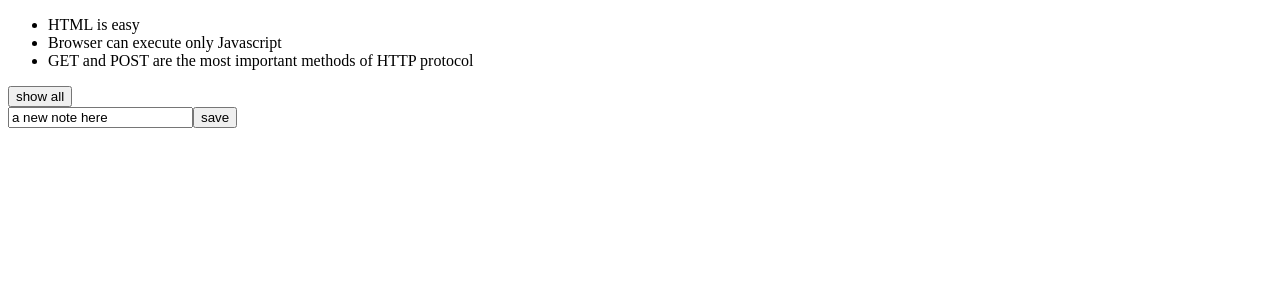
Repository: 2Lavine/fullstack
Page: / (app in part2/)
These files come from the project's save history. The page is drawn as it stood at one moment and after the next save; the edit follows.
The browser window is 1280 px wide. The pictures show the whole page.
The project was rebuilt for these pictures with package versions that can differ from the ones it lists, and the page was loaded fresh each time.

Above is the page before, as saved 2020-09-01 16:07:02.

### part2/src/index.js
import React, { useState } from "react";
import ReactDOM from "react-dom";
import App from "./App.js";
const notes = [
  {
    id: 1,
    content: "HTML is easy",
    date: "2019-05-30T17:30:31.098Z",
    important: true,
  },
  {
    id: 2,
    content: "Browser can execute only Javascript",
    date: "2019-05-30T18:39:34.091Z",
    important: false,
  },
  {
    id: 3,
    content: "GET and POST are the most important methods of HTTP protocol",
    date: "2019-05-30T19:20:14.298Z",
    important: true,
  },
];

ReactDOM.render(<App notes={notes}></App>, document.getElementById("root"));

### part2/src/App.js
import React, { useState } from "react";
import Note from "./components/Note.js";

const App = (props) => {
  const [notes, setNotes] = useState(props.notes);
  const [newNote, setNewNote] = useState("a new note here");
  const [showAll, setShowAll] = useState(true);
  const addNote = (e) => {
    e.preventDefault();
    console.log("button clicked", e.target);
    const noteObject = {
      content: newNote,
      date: new Date(),
      important: Math.random() < 0.5,
      id: notes.length + 1,
    };
    setNotes(notes.concat(noteObject));
    setNewNote("");
  };
  const handleNoteChange = (e) => {
    console.log(e.target.value);
    setNewNote(e.target.value);
  };
  const notesToShow = showAll
    ? notes
    : notes.filter((note) => note.important === true);
  console.log(notesToShow);
  return (
    <div>
      <ul>
        {notesToShow.map((note) => (
          <Note note={note} key={note.id}></Note>
        ))}
      </ul>
      <div>
        <button onClick={() => setShowAll(!showAll)}>
          show {showAll ? "all" : "important"}
        </button>
      </div>
      <form onSubmit={addNote}>
        <input value={newNote} onChange={handleNoteChange}></input>
        <button type="submit">save</button>
      </form>
    </div>
  );
};
export default App;

### part2/src/components/Note.js
import React from "react";

const Note = ({ note }) => <li>{note.content}</li>;

export default Note;

Loaded but not shown: part2/public/index.html (common file)

After the next save:
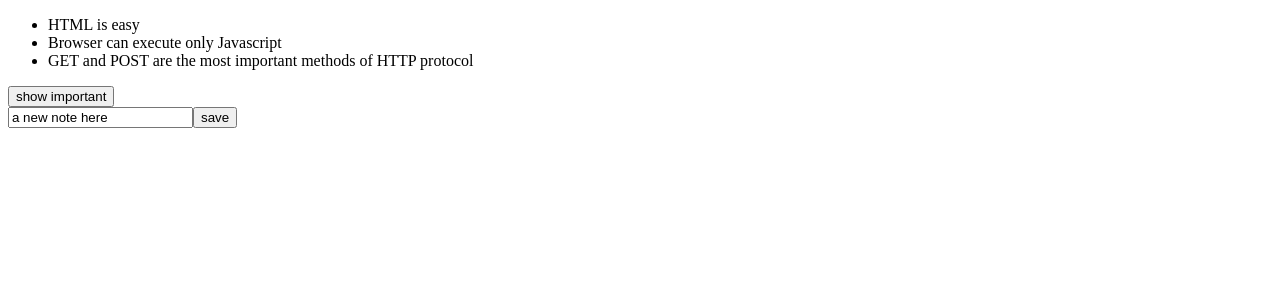
Saved 23 s later.
--- a/part2/src/App.js
+++ b/part2/src/App.js
@@ -34,7 +34,7 @@ const App = (props) => {
       </ul>
       <div>
         <button onClick={() => setShowAll(!showAll)}>
-          show {showAll ? "all" : "important"}
+          show {!showAll ? "all" : "important"}
         </button>
       </div>
       <form onSubmit={addNote}>
